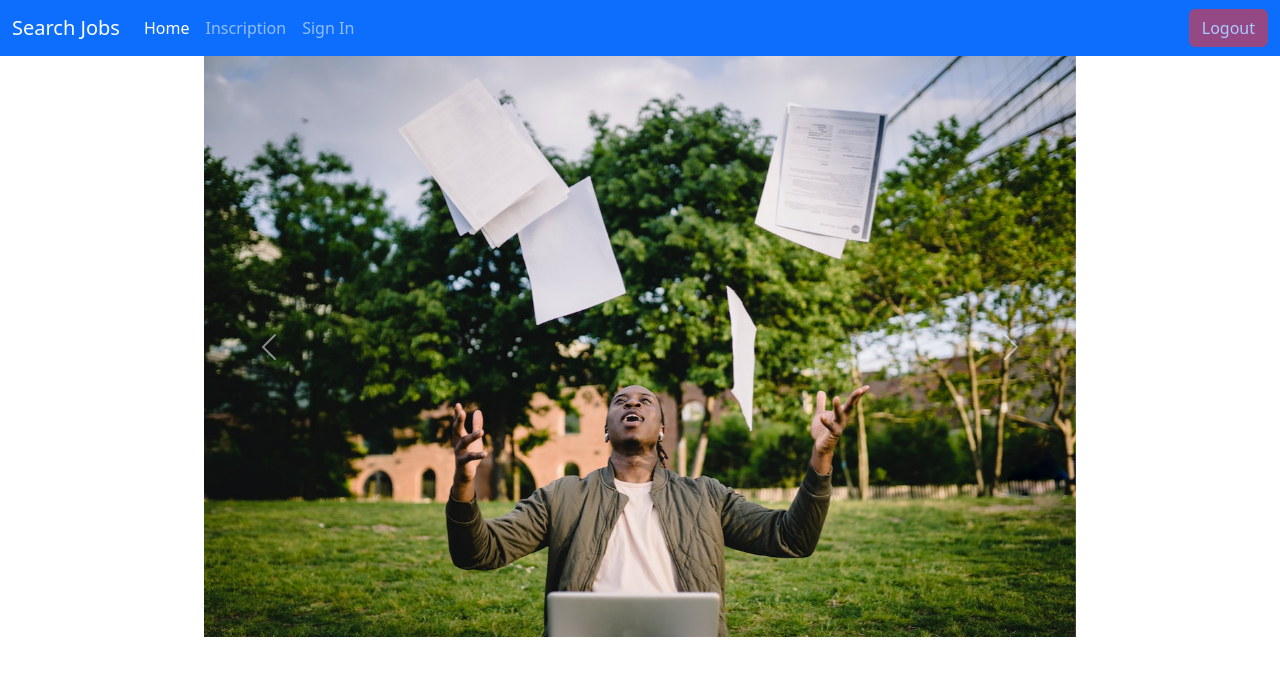
Repository: moAllElite/Examen-EJB-WEB-EAR
Page: http://localhost/SearchJobsWeb/
An editor plug-in stored every save of this project. The page is shown before and after the next save, followed by the edit.
The browser window is 1280 px wide. The pictures show the whole page.
The page is served by Tomcat 9. Nobody is signed in. The application's start-up code is not run. Other server files are loaded and not shown.

Above is the page before, as saved 2023-03-21 20:49:12.

### SearchJobsWeb/src/main/webapp/index.jsp
<%@ page language="java" contentType="text/html; charset=ISO-8859-1"
    pageEncoding="ISO-8859-1"%>
<!DOCTYPE html>
<html id="html">
<head>
<meta charset="ISO-8859-1">
		 <link href="https://cdn.jsdelivr.net/npm/bootstrap@5.3.0-alpha1/dist/css/bootstrap.min.css" rel="stylesheet" integrity="sha384-GLhlTQ8iRABdZLl6O3oVMWSktQOp6b7In1Zl3/Jr59b6EGGoI1aFkw7cmDA6j6gD" crossorigin="anonymous">
		<title>Home</title>

	</head>
	<body>
		<nav class="navbar navbar-expand-lg bg-primary" data-bs-theme="dark">
				 <div class="container-fluid">
				    <a class="navbar-brand" href="Error">Search Jobs</a>
				    <button class="navbar-toggler" type="button" data-bs-toggle="collapse" data-bs-target="#navbarText" aria-controls="navbarText" aria-expanded="false" aria-label="Toggle navigation">
				      <span class="navbar-toggler-icon"></span>
				    </button>
				    <div class="collapse navbar-collapse" id="navbarText">
				      <ul class="navbar-nav me-auto mb-2 mb-lg-0">
				        <li class="nav-item">
				          <a class="nav-link active" aria-current="page" href="Home">Home</a>
				        </li>
				        <li class="nav-item">
				          <a class="nav-link" href="Inscription">Inscription</a>
				        </li>
				        <li class="nav-item">
				          <a class="nav-link" href="Login">Sign In</a>
				        </li>
				      </ul>
				      <button class="btn btn-danger "  disabled="disabled">Logout</button>
				    </div>
				  </div>
			</nav>
			<div class="container-sm" style="width: 70%;">
				<div id="carouselExampleInterval" class="carousel slide" data-bs-ride="carousel">
				  <div class="carousel-inner">
				    <div class="carousel-item active" data-bs-interval="10000">
				      <img src="ressources/images/image3.jpg" class="d-block w-100" alt="...">
				    </div>
				    <div class="carousel-item" data-bs-interval="2000">
				      <img src="ressources/images/image1.jpg" class="d-block w-100" alt="...">
				    </div>
				    <div class="carousel-item">
				      <img src="ressources/images/image2.jpg"jpg" class="d-block w-100" alt="...">
				    </div>
				  </div>
				  <button class="carousel-control-prev" type="button" data-bs-target="#carouselExampleInterval" data-bs-slide="prev">
				    <span class="carousel-control-prev-icon" aria-hidden="true"></span>
				    <span class="visually-hidden">Previous</span>
				  </button>
				  <button class="carousel-control-next" type="button" data-bs-target="#carouselExampleInterval" data-bs-slide="next">
				    <span class="carousel-control-next-icon" aria-hidden="true"></span>
				    <span class="visually-hidden">Next</span>
				  </button>
				</div>
				</div>
		<script src="https://cdn.jsdelivr.net/npm/@popperjs/core@2.11.6/dist/umd/popper.min.js" integrity="sha384-oBqDVmMz9ATKxIep9tiCxS/Z9fNfEXiDAYTujMAeBAsjFuCZSmKbSSUnQlmh/jp3" crossorigin="anonymous"></script>
		<script src="https://cdn.jsdelivr.net/npm/bootstrap@5.3.0-alpha1/dist/js/bootstrap.min.js" integrity="sha384-mQ93GR66B00ZXjt0YO5KlohRA5SY2XofN4zfuZxLkoj1gXtW8ANNCe9d5Y3eG5eD" crossorigin="anonymous"></script>

	</body>
	</html>

After the next save:
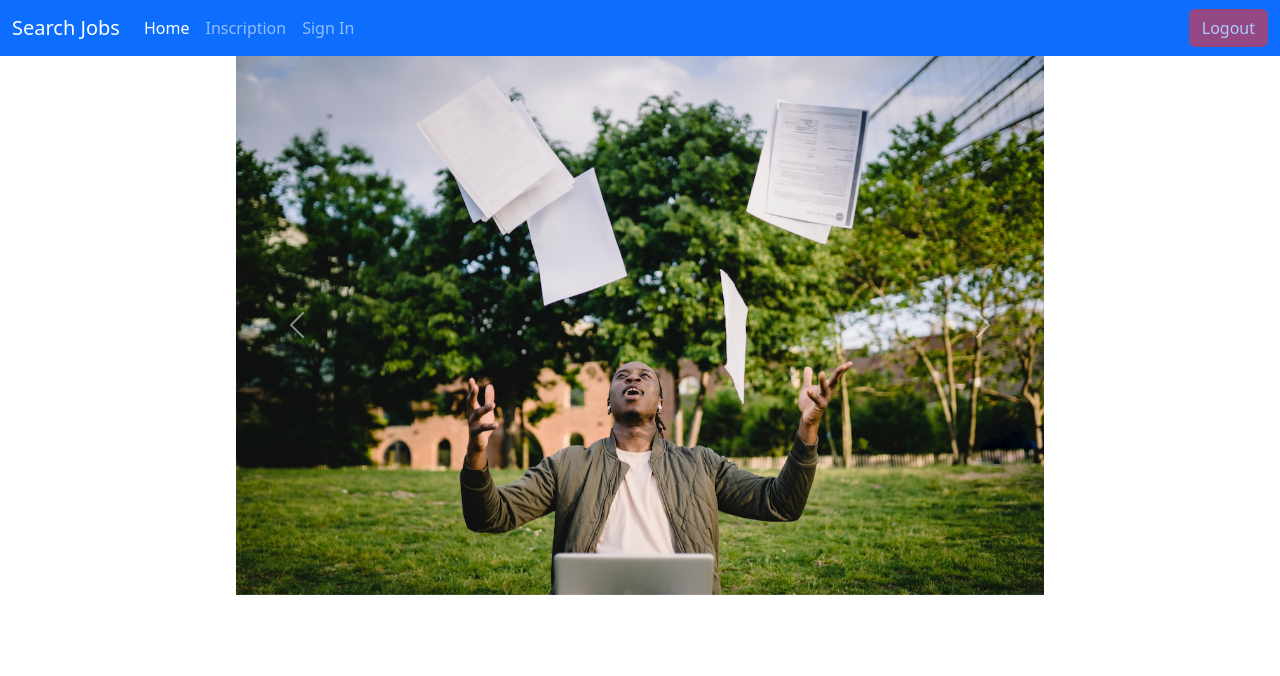
Saved 7 s later.
--- a/SearchJobsWeb/src/main/webapp/index.jsp
+++ b/SearchJobsWeb/src/main/webapp/index.jsp
@@ -31,7 +31,7 @@
 				    </div>
 				  </div>
 			</nav>
-			<div class="container-sm" style="width: 70%;">
+			<div class="container-sm" style="width: 65%;">
 				<div id="carouselExampleInterval" class="carousel slide" data-bs-ride="carousel">
 				  <div class="carousel-inner">
 				    <div class="carousel-item active" data-bs-interval="10000">
